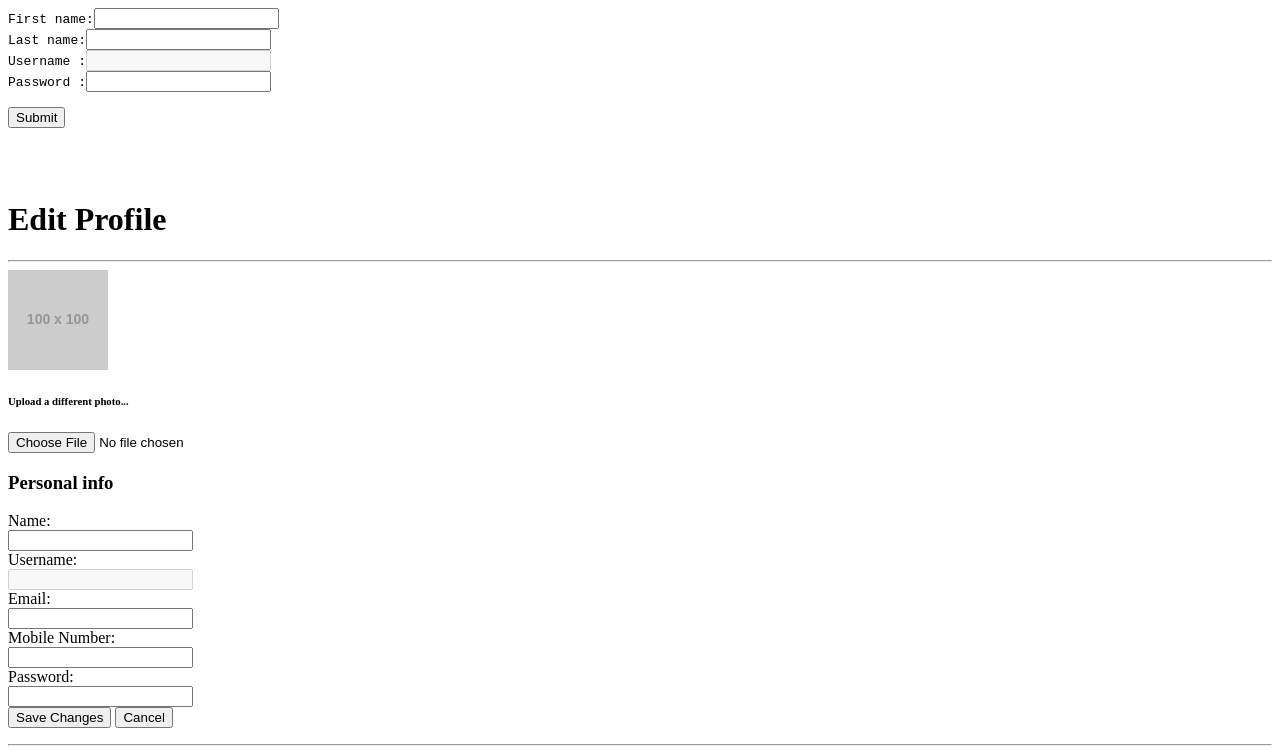
Repository: aneishkumar/AngularJS-Application
Page: Angularjs-Application-march30th/project2/WebContent/updateuser.html
An editor plug-in stored every save of this project. The page is shown before and after the next save, followed by the edit.
The browser window is 1280 px wide. The pictures show the whole page.

Above is the page before, as saved 2018-03-29 11:30:52.

### Angularjs-Application-march30th/project2/WebContent/updateuser.html
<form>
<pre>
First name:<input type="text" ng-model="user.firstname">
Last name:<input type="text" ng-model="user.lastname">
Username :<input type="text" ng-model="user.username" disabled="disabled">
Password :<input type="password" ng-model="user.password">

<input type="submit" ng-click="edituser(user)">
</pre>
</form>
<br>
<br>
<div class="container">
    <h1>Edit Profile</h1>
  	<hr>
	<div class="row">
      <!-- left column -->
      <div class="col-md-3">
        <div class="text-center">
          <img src="//placehold.it/100" class="avatar img-circle" alt="avatar">
          <h6>Upload a different photo...</h6>

          <input type="file" class="form-control">
        </div>
      </div>

      <!-- edit form column -->
      <div class="col-md-9 personal-info">

        <h3>Personal info</h3>

        <form class="form-horizontal" role="form">
          <div class="form-group">
            <label class="col-lg-3 control-label">Name:</label>
            <div class="col-lg-8">
              <input class="form-control" type="text" ng-model="user.name">
            </div>
          </div>



          <div class="form-group">
            <label class="col-md-3 control-label">Username:</label>
            <div class="col-md-8">
              <input class="form-control" type="text" ng-model="user.username" disabled="disabled">
            </div>
             <div class="form-group">
            <label class="col-lg-3 control-label">Email:</label>
            <div class="col-lg-8">
              <input class="form-control" type="text" ng-model="user.emailid">
            </div>
          </div>
           <div class="form-group">
            <label class="col-lg-3 control-label">Mobile Number:</label>
            <div class="col-lg-8">
              <input class="form-control" type="text" ng-model="user.mobilenumber">
            </div>
          </div>
          </div>
          <div class="form-group">
            <label class="col-md-3 control-label">Password:</label>
            <div class="col-md-8">
              <input class="form-control" type="password" ng-model="user.password">
            </div>
          </div>

          <div class="form-group">
            <label class="col-md-3 control-label"></label>
            <div class="col-md-8">
              <input type="button" class="btn btn-primary" value="Save Changes">
              <span></span>
              <input type="reset" class="btn btn-default" value="Cancel">
            </div>
          </div>
        </form>
      </div>
  </div>
</div>
<hr>

After the next save:
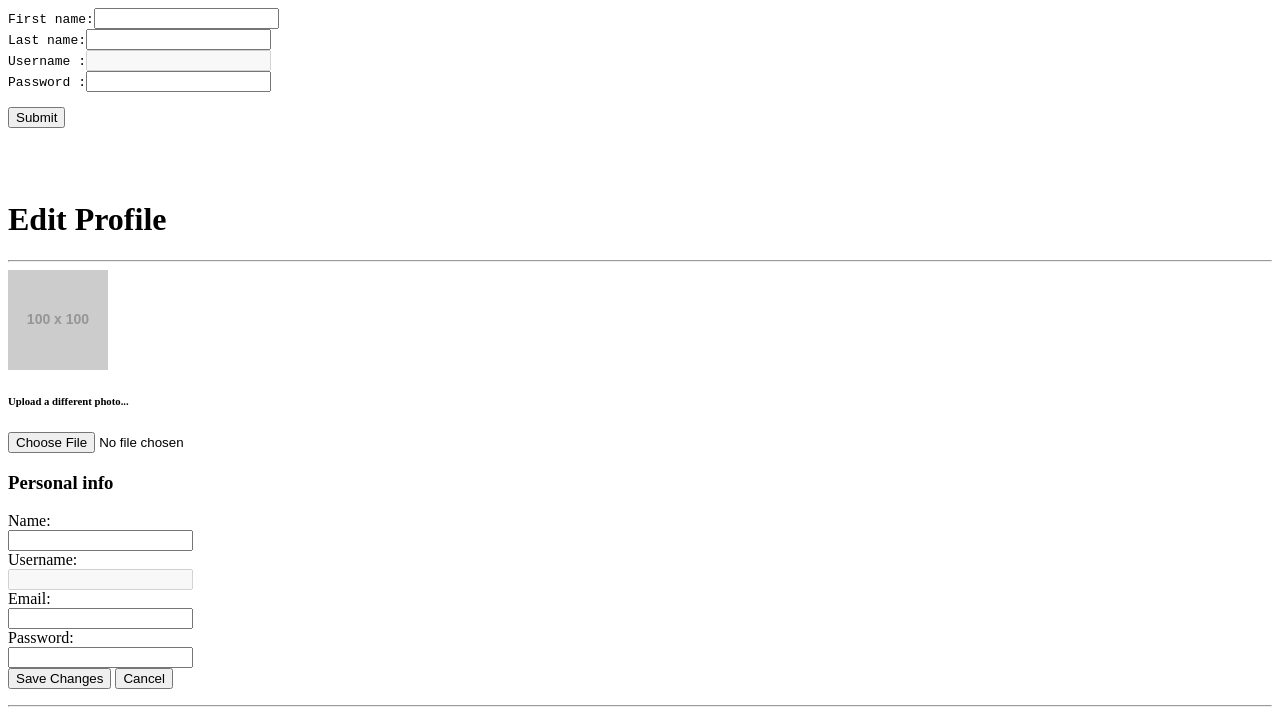
Saved 46 s later.
--- a/Angularjs-Application-march30th/project2/WebContent/updateuser.html
+++ b/Angularjs-Application-march30th/project2/WebContent/updateuser.html
@@ -50,12 +50,6 @@ Password :<input type="password" ng-model="user.password">
               <input class="form-control" type="text" ng-model="user.emailid">
             </div>
           </div>
-           <div class="form-group">
-            <label class="col-lg-3 control-label">Mobile Number:</label>
-            <div class="col-lg-8">
-              <input class="form-control" type="text" ng-model="user.mobilenumber">
-            </div>
-          </div>
           </div>
           <div class="form-group">
             <label class="col-md-3 control-label">Password:</label>
